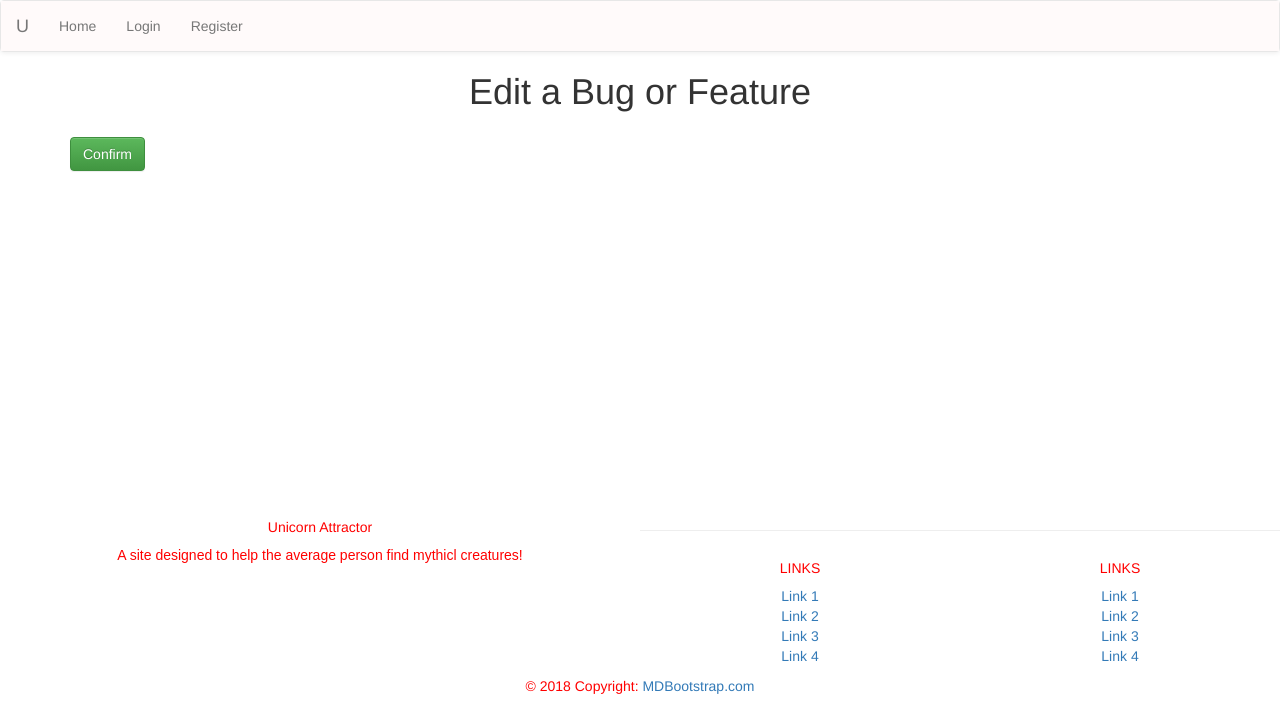
Repository: h8130084/UnicornAttractor
Page: tickets/templates/edit_bug.html
The author's editor kept a record of every edit. The page is drawn from the files as they stood at one moment, then again after the next edit.
The browser window is 1280 px wide. The pictures show the whole page.
Some web fonts or font styles are not loaded; a fallback is used. Some web libraries are served in a nearby version. The template is drawn by Django 2.2. The application's start-up code is not run. The template is opened directly, without the code that normally fills it, so the values that code supplies are empty.

Above is the page before.

After the next edit:
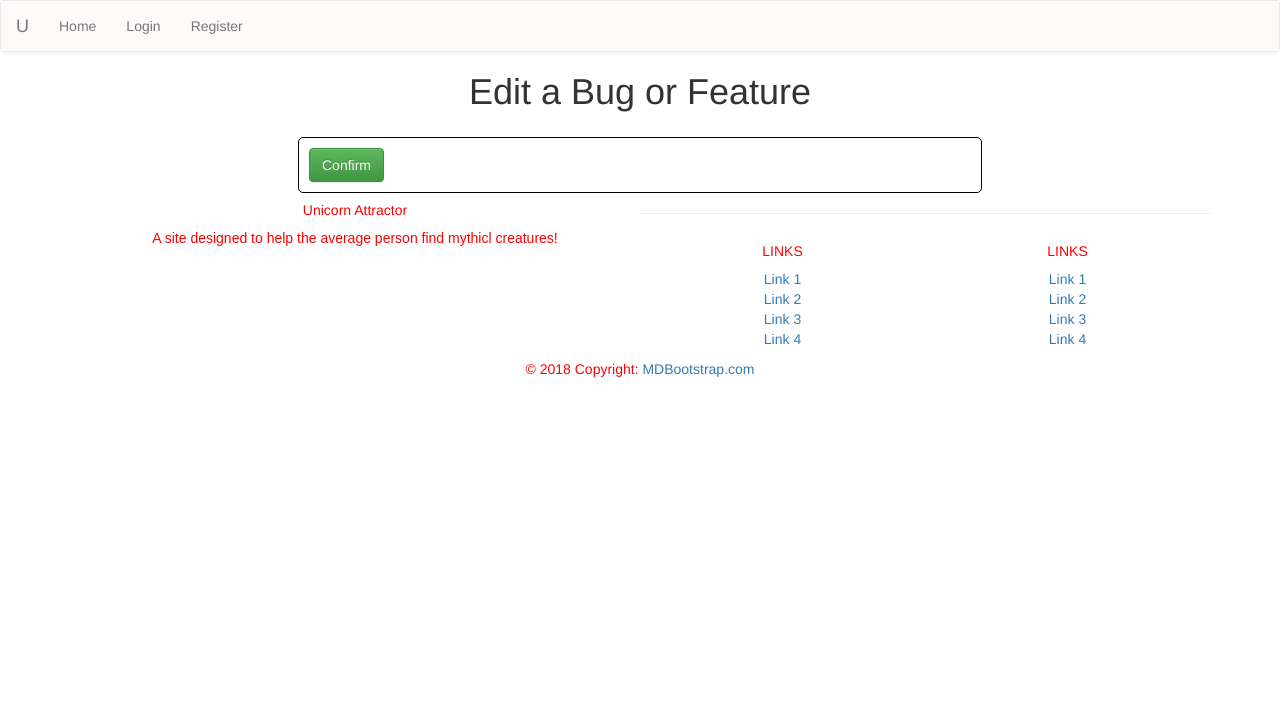
The edit:
--- a/tickets/templates/edit_bug.html
+++ b/tickets/templates/edit_bug.html
@@ -4,6 +4,7 @@
 
 {% block content %}
 
+<div class="form-box">
 <form method='POST'>
         {% csrf_token %}
         <div>
